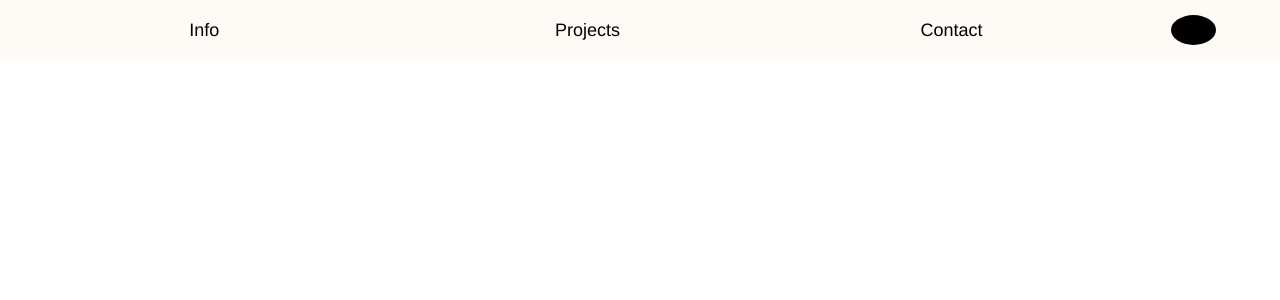
Repository: jinghuai8092/personal_website
Page: /
The author's editor kept a copy of each file at every save. The page is drawn from the files as they stood at one save, then again after the next save.
The browser window is 1280 px wide. The pictures show the whole page.
The project was rebuilt for these pictures with package versions that can differ from the ones it lists, and the page was loaded fresh each time.

Above is the page before, as saved 2021-09-09 20:35:29.

After the next save:
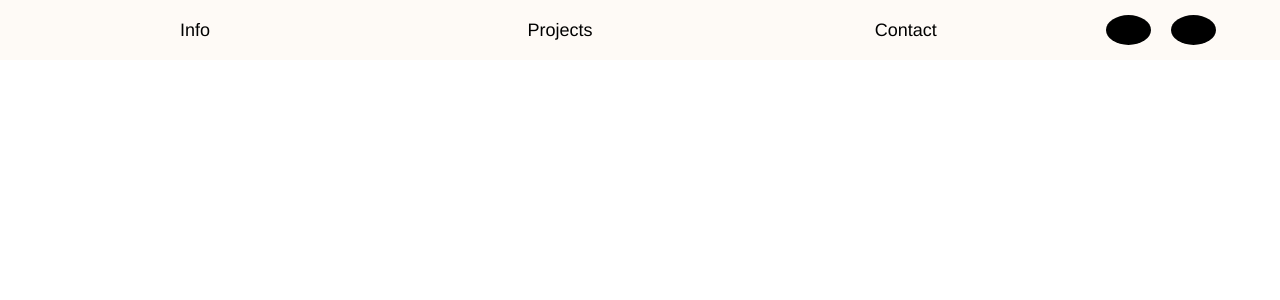
Saved 39 s later.
--- a/src/common/header/index.js
+++ b/src/common/header/index.js
@@ -10,7 +10,7 @@
                         <li className={styles.li}>Info</li>
                         <li className={styles.li}>Projects</li>
                         <li className={styles.li}>Contact</li>
-                        <li className={styles.eyesLift}></li>
+                        <li className={styles.eyesLeft}></li>
                         <li className={styles.eyesRight}></li>
 
                     </ul>
